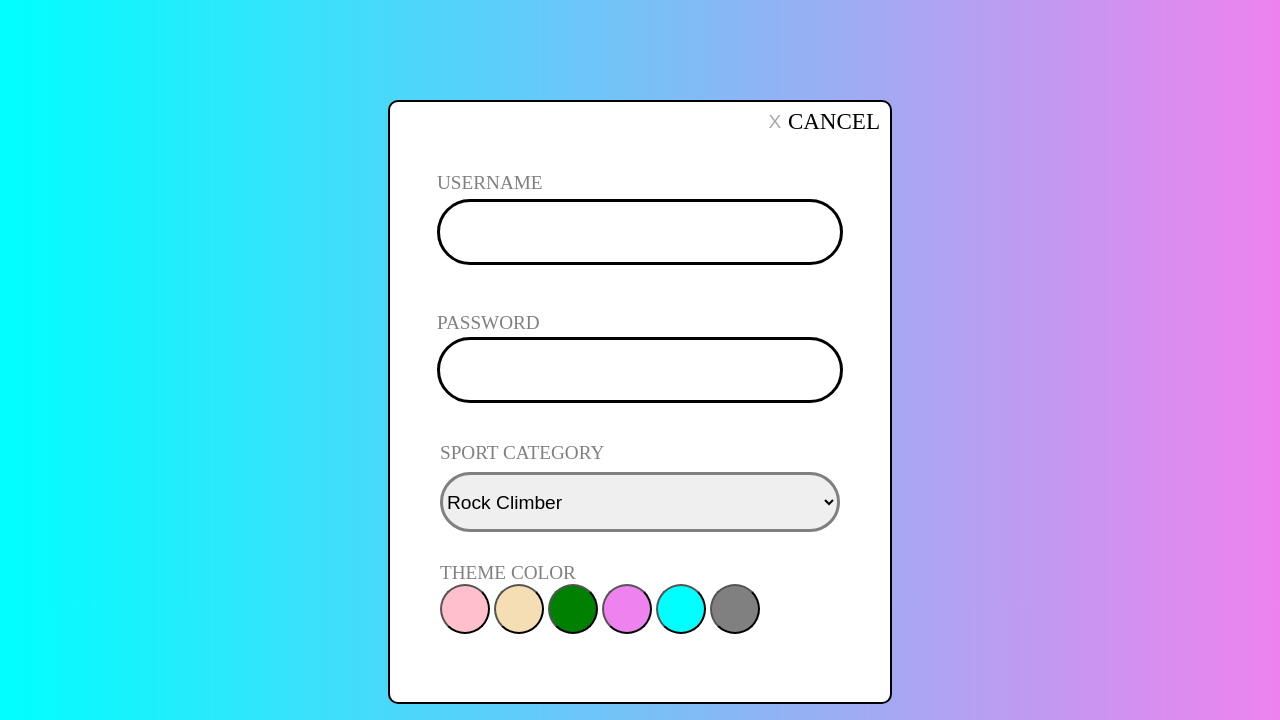
Repository: zRush1202/LoginPage-demo
Page: dom/exercise/login.html
An editor plug-in stored every save of this project. The page is shown before and after the next save, followed by the edit.
The browser window is 1280 px wide. The pictures show the whole page.

Above is the page before, as saved 2023-09-17 10:03:40.

### dom/exercise/login.html
<!DOCTYPE html>
<html lang="en">
<head>
    <meta charset="UTF-8">
    <meta name="viewport" content="width=device-width, initial-scale=1.0">
    <title>Login page</title>
    <link rel="stylesheet" href="login.css">
</head>
<body>
    <div class="login">
        <div class="cancel">
            <button class="X">X</button>
            <span class="cancel">CANCEL</span>
        </div>
        <div class="tk">
            <span class="us">USERNAME</span>
            <br>
            <input type="USERNAME" class="user">
            <br>
            <span class="pa">PASSWORD</span>
            <br>
            <input type="PASSWORD" class="pass">
            <br>
        </div>
        <div class="chosen">
            <label for="sport" class="lab">SPORT CATEGORY</label>
            <br>
            <select name="sport" id="sport" class="sel">
                <option value="rc">Rock Climber</option>
                <option value="fb">Football</option>
                <option value="bkb">basketball</option>
                <option value="sm">swimming</option>
            </select>
        </div>
        <div class="theme">
            <span class="tc">THEME COLOR</span>
            <br>
            <button class="bgc" style="background-color: pink;"> </button>
            <button class="bgc" style="background-color: wheat;"> </button>
            <button class="bgc" style="background-color: green;"> </button>
            <button class="bgc" style="background-color: violet;"> </button>
            <button class="bgc" style="background-color: cyan;"> </button>
            <button class="bgc" style="background-color: gray;"> </button>
        </div>
    </div>
</body>
</html>

### dom/exercise/login.css
* {
    margin: 0;
    padding: 0;
}

body {
    display: flex;
    justify-content: center;
    align-items: center;
    position: relative;
    top: 100px;
    background-image: linear-gradient(to right, cyan, violet);
}

.login {
    display: block;
    width: 500px;
    height: 600px;
    background-color: white;
    border: 2px solid black;
    border-radius: 10px;
    position: relative;
    display: flex;
    justify-content: center;
    align-items: center;
}

.cancel {
    position: absolute;
    right: 5px;
    top: 3px;
}

.cancel {
    font-size: 120%;

}

.X {
    height: 20px;
    width: 20px;
    color: darkgray;
    font-size: 100%;
    border: none;
    background-color: transparent;
    position: absolute;
    right: 100px;
    top: 6px;
}

.user, .pass {
    height: 60px;
    width: 400px;
    border-radius: 50px;
    border: 3px solid black;
    margin-top: 5px;

}

.us, .pa {
    position: relative;
    left: 0px;
    font-size: 120%;
    color: gray;
}

.tk {
    position: absolute;
    top: 70px;
    height: 50%;
}

.pass {
    position: absolute;
    top: 160px;
}

.pa {
    position: absolute;
    top: 140px;
}

.bgc {
    height: 50px;
    width: 50px;
    border-radius: 25px;
}

.chosen {
    position: absolute;
    bottom: 190px;
    height: 70px;
    width: 400px;
}

.lab {
    position: absolute;
    height: 50px;
    width: 200px;
    font-size: 120%;
    color: gray;
    left: 0;
}

.sel {
    height: 60px;
    width: 400px;
    border-radius: 50px;
    position: absolute;
    top: 30px;
    font-size: 120%;
    border: 3px solid gray;

}

.theme {
    height: 70px;
    width: 400px;
    position: absolute;
    bottom: 70px;

}

.tc {
    position: relative;
    left: 0px;
    font-size: 120%;
    color: gray;
}

After the next save:
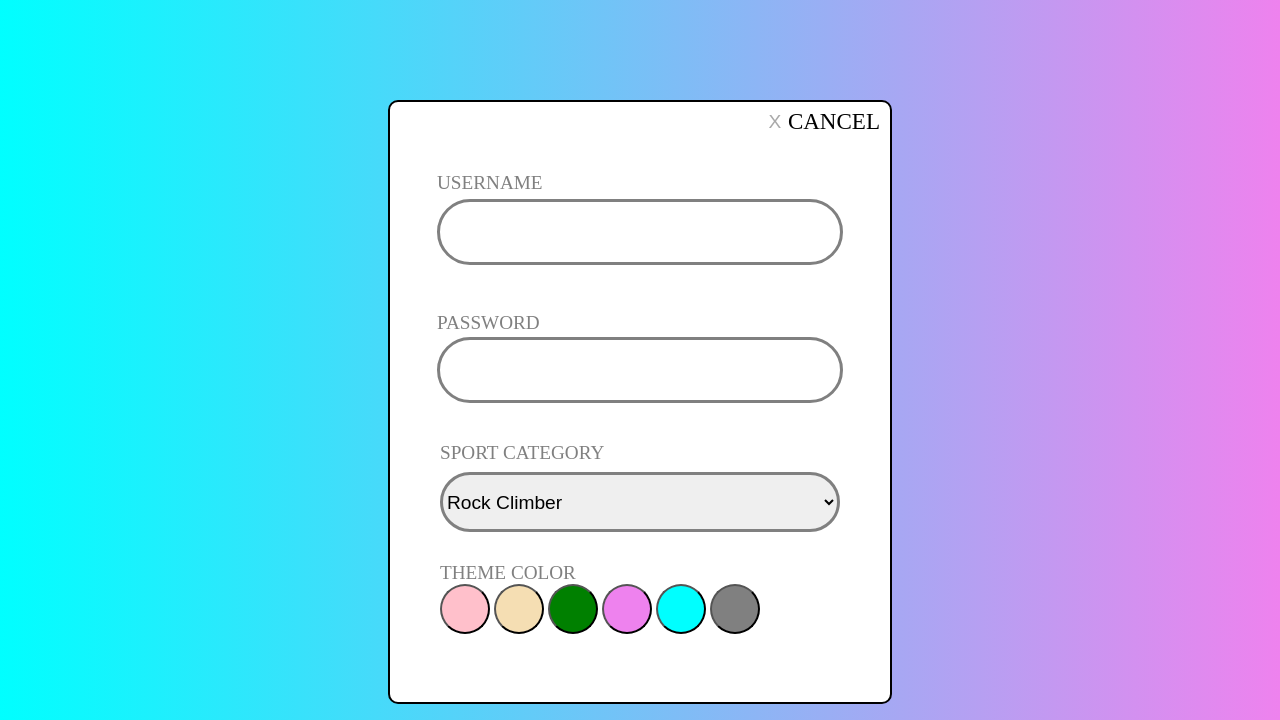
Saved 18 s later.
--- a/dom/exercise/login.css
+++ b/dom/exercise/login.css
@@ -52,7 +52,7 @@ body {
     height: 60px;
     width: 400px;
     border-radius: 50px;
-    border: 3px solid black;
+    border: 3px solid gray;
     margin-top: 5px;
 
 }
